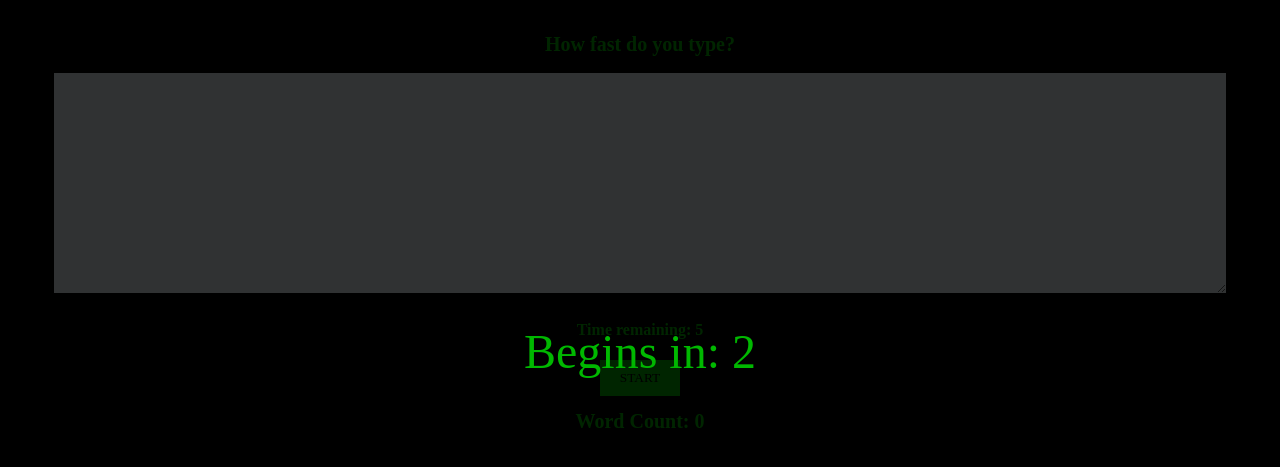
Repository: Lakshyyaa/Speed-Test
Page: /, after clicking the first element matching `button`
These files come from the project's save history. The page is drawn as it stood at one moment and after the next save; the edit follows.
The browser window is 1280 px wide. The pictures show the whole page.
The page's requests for data from a server got no answer. The project was rebuilt for these pictures with package versions that can differ from the ones it lists, and the page was loaded fresh each time. No one was signed in, and anything a server would have sent is missing. Also part of the build but not shown: src/Logic.js.

Above is the page before, as saved 2023-04-05 15:56:24.

### src/index.js
import React from 'react';
import ReactDOM from 'react-dom/client';
import App from './App';
import reportWebVitals from './reportWebVitals';
import styles from './styles.css'
const root = ReactDOM.createRoot(document.getElementById('root'));
root.render(
  //<React.StrictMode>
    <App />
  //</React.StrictMode>
);
reportWebVitals();

### src/App.js
// correct its css for speed tester
import React, { useState, useEffect, useRef, useContext } from "react";
import Logic from "./Logic";
function App(props) {
  const { handleChange, text, start, areaRef, time, handleStart, count } = Logic()
  const [timerText, setTimerText] = useState(5)
  const [words, setWords]=useState([])
  const countdowndiv = useRef(null)
  const maindiv = useRef(null)
  const countdown = () => {
    countdowndiv.current.style.display = 'block'
    maindiv.current.style.opacity = '0.2'
    timerLoop(5)
  }
  useEffect(() => {
    fetch('https://random-word-api.herokuapp.com/word?number=10')
      .then(x => x.json())
      .then(y => console.log(y))
  },[words])
  function timerLoop(i) {
    if (i > 0) {
      setTimerText(i)
      setTimeout(() => {
        i--
        timerLoop(i)
      }, 1000)
    }
    else if (i === 0) {
      handleStart();
      countdowndiv.current.style.display = 'none'
      maindiv.current.style.opacity = '1'
    }
  }
  return (
    <div>
      <div className="countdown" ref={countdowndiv}>
        Begins in: {timerText}
      </div>
      <div ref={maindiv}>
        <h1>How fast do you type?</h1>
        <textarea
          onChange={handleChange}
          value={text}
          disabled={!start}
          ref={areaRef}

        />
        <h4>Time remaining: {time}</h4>
        <button onClick={() => countdown()} disabled={start}>Start</button>
        {/* cant directly call the wordCount here like handleChange because event listener automatically passes the e */}
        <h1>Word Count: {count}</h1>
      </div>
    </div>
  )
}
export default App;

### src/styles.css
html,
body {
    background: black;
    color: #00b800;
    margin: 0;
    padding: 0;
    padding-top: 10px;
    text-align: center;
    font-family: 'Press Start 2P', cursive;
}

.countdown {
    z-index: 20;
    position: fixed;
    top: 45%;
    /* left: 50%; */
    /* transform: translate(-50%, -50%);  */
    font-size: 3rem;
    display: none;
    height: 100%;
    width: 100%;
}

body {
    font-weight: 400;
}

button {
    font-family: 'Press Start 2P', cursive;
    display: block;
    margin: 0 auto;
    border: none;
    background: #a80020;
    background: #00b800;
    padding: 10px 20px;
    text-transform: uppercase;
}

h1 {
    font-size: 20px;
}

textarea {
    font-family: 'Press Start 2P', cursive;
    border: 3px solid black;
    width: 90%;
    margin: 0 auto;
    outline: none;
    height: 200px;
    background: #00b800;
    padding: 10px;
}

button:disabled {
    background-color: aliceblue;
}

textarea:disabled {
    background-color: aliceblue;
}

Loaded but not shown: src/reportWebVitals.js (common file)

After the next save:
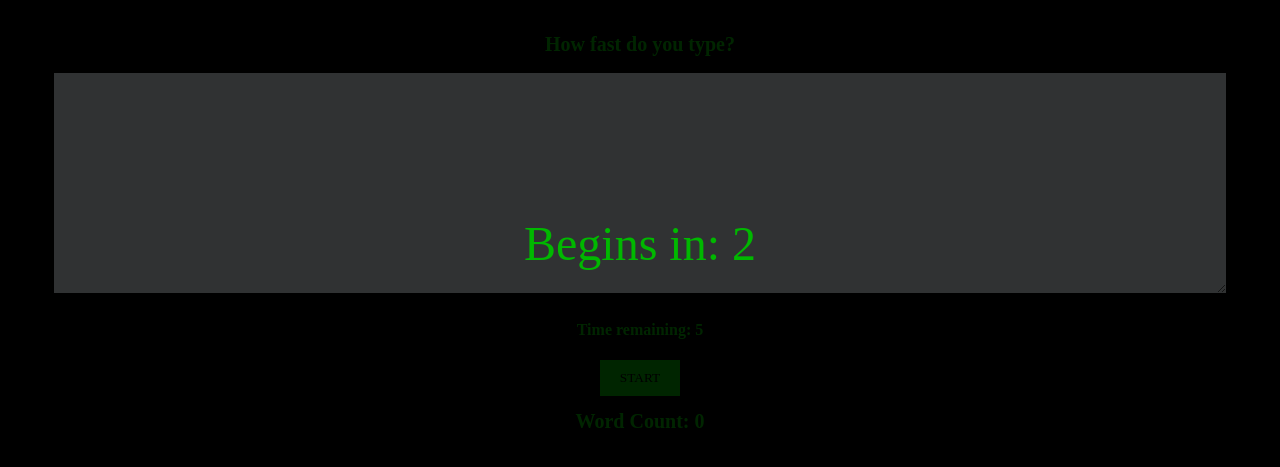
Saved 7 s later.
--- a/src/styles.css
+++ b/src/styles.css
@@ -12,7 +12,7 @@ body {
 .countdown {
     z-index: 20;
     position: fixed;
-    top: 45%;
+    top: 30%;
     /* left: 50%; */
     /* transform: translate(-50%, -50%);  */
     font-size: 3rem;
